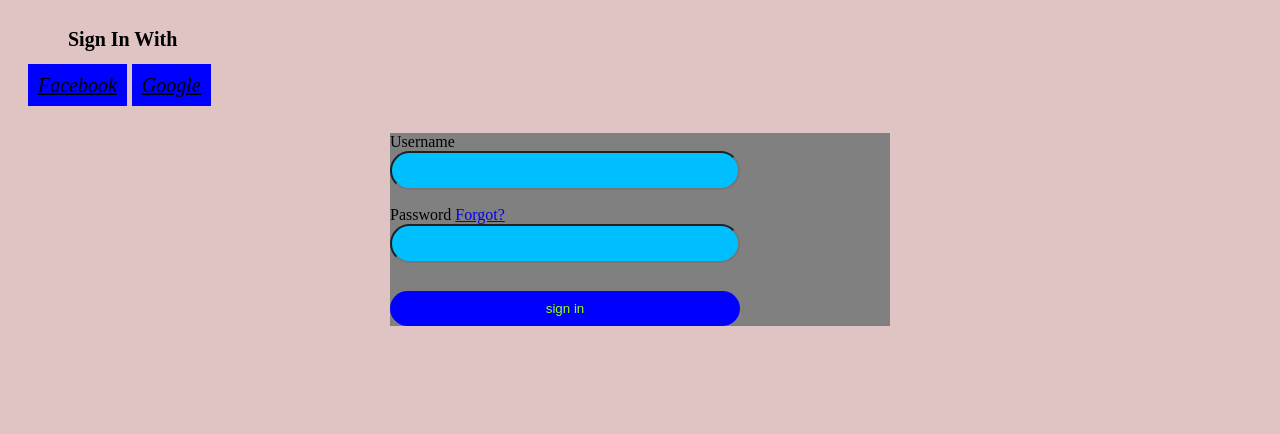
Repository: Tobby004/bdc-assignment-2
Page: index.html
An editor plug-in stored every save of this project. The page is shown before and after the next save, followed by the edit.
The browser window is 1280 px wide. The pictures show the whole page.

Above is the page before, as saved 2023-02-08 09:21:49.

### index.html
<!DOCTYPE html>
<html lang="en">
<head>
    <meta charset="UTF-8">
    <meta http-equiv="X-UA-Compatible" content="IE=edge">
    <meta name="viewport" content="width=<device-width>, initial-scale=1.0">
    <title>Document</title>
    <link rel="stylesheet" href="task.css">
</head>
<body>
    <header>
    <div class="flex-container">
        <div>
            <b>Sign In With </b>
        </div>
        <br>
        <br>
        <a href="#">
            Facebook</a>
            <a href="#">
                Google
            </a>
        </header>

        <div class="form-input">
        <p>Username
            <br>
            <input type="text" placeholder="" />
        </p>
         <p>Password
            <a href="#">Forgot?</a>
            <br>
            <input type="password" /></
         </p>
         <br>
         <button>sign in</button>
        </div>

</body>
</html>

### task.css
*{
    box-sizing: border-box;
}
body {
    background-color: rgb(224, 195, 195);
    justify-content: center;
}
header{
    padding: 20px;

}
header a {
    padding: 10px;
    width: 100%;
    max-width: 500px;
    font-style: italic;
    background: blue;
    color: black;

}
header div {
    display: inline;
    padding: 20px;
    font-size: 20px;
    max-width: 500px;
    margin-left: auto;
    margin-right: auto;
}
.form-input {
    background-color: grey;
    width: 100%;
    max-width: 500px;
    margin-left: auto;
    margin-right: auto;
}
input {
    display: block;
    width: 70%;
    background-color: deepskyblue;
    border-radius: 20px;
    margin-bottom: 10px;
    padding: 10px;
}
button {
    display: block;
    width: 70%;
    border: none;
    padding: 10px;
    border-radius: 20px;
    background-color: blue;
    color: rgb(153, 255, 20);
}

After the next save:
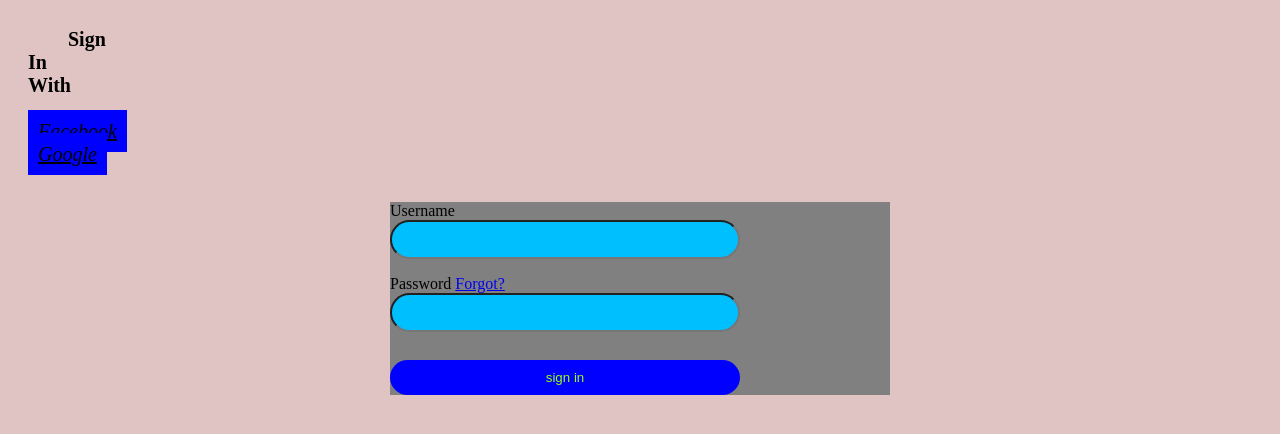
Saved 3 min 0 s later.
--- a/task.css
+++ b/task.css
@@ -7,7 +7,7 @@ body {
 }
 header{
     padding: 20px;
-
+    max-width: 50px;
 }
 header a {
     padding: 10px;
@@ -16,6 +16,7 @@ header a {
     font-style: italic;
     background: blue;
     color: black;
+
 
 }
 header div {
